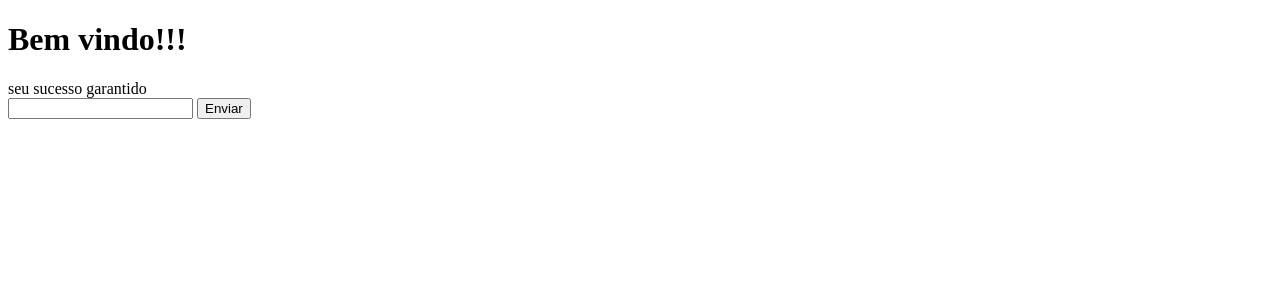
Repository: ClaytonEduard/cursojdev
Page: http://localhost/curso-jsp/
The author's editor kept a copy of each file at every save. The page is drawn from the files as they stood at one save, then again after the next save.
The browser window is 1280 px wide. The pictures show the whole page.
The page is served by Tomcat 9.

Above is the page before, as saved 2020-06-17 15:25:02.

After the next save:
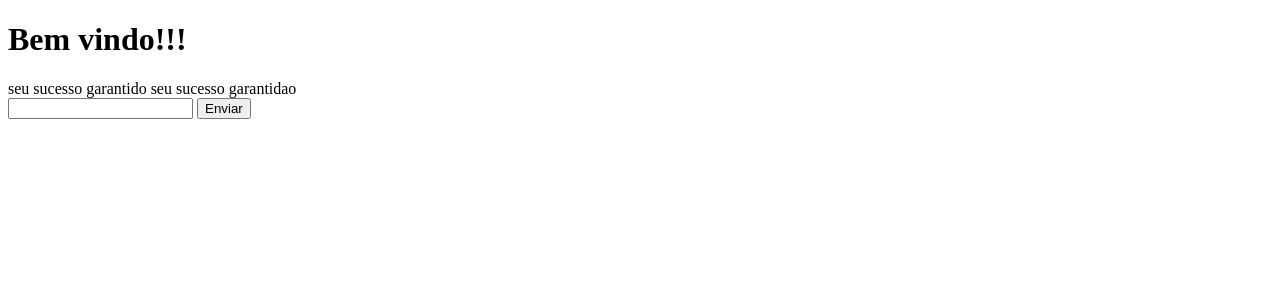
Saved 76 s later.
--- a/curso-jsp/WebContent/index.jsp
+++ b/curso-jsp/WebContent/index.jsp
@@ -10,9 +10,10 @@
 <body>
  <h1>Bem vindo!!!</h1>
 
- <% out.print("seu sucesso garantido"); %>
+ <% out.print("seu sucesso garantido");
+ %>
 
- <%= "" %>
+ <%="seu sucesso garantidao" %>
 
  <form action="receber-nome.jsp">
 

After the 2 saves that followed:
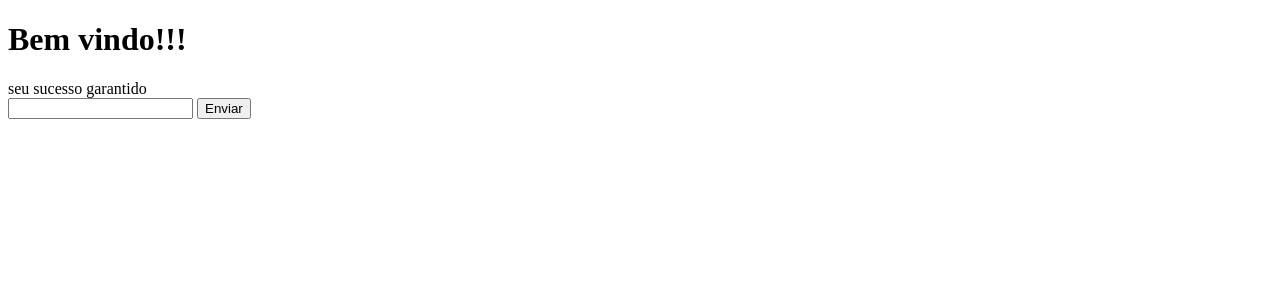
The 2 saves are shown as one change because they came seconds apart.
The last was saved 32 s later.
--- a/curso-jsp/WebContent/index.jsp
+++ b/curso-jsp/WebContent/index.jsp
@@ -10,10 +10,11 @@
 <body>
  <h1>Bem vindo!!!</h1>
 
+<!--  tag usando o out.print  -->
  <% out.print("seu sucesso garantido");
  %>
-
- <%="seu sucesso garantidao" %>
+<!--  tag usando expressao = -->
+<%--  <%="seu sucesso garantidao" %> --%>
 
  <form action="receber-nome.jsp">
 
